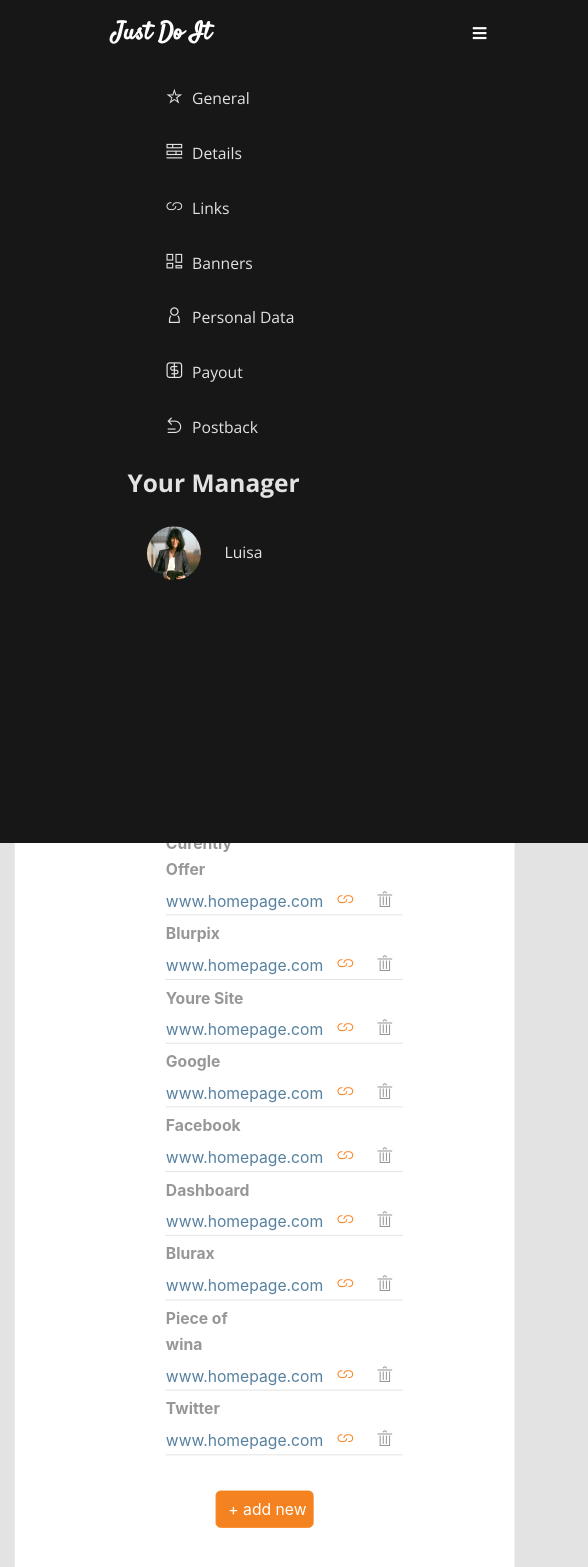
Repository: OllaWilk/wwwJustDoIt
Page: index.html
These files come from the project's save history. The page is drawn as it stood at one moment and after the next save; the edit follows.
The browser window is 600 px wide. The pictures show the whole page, at 98% of full size.
After loading, the first visible `#hamburger` was clicked once.
Some web libraries are served in a nearby version. The style sheet was rebuilt from its Sass, Less or Tailwind sources for each picture, by a compiler version that may differ from the author's.

Above is the page before, as saved 2019-12-25 18:59:09.

### index.html
<!DOCTYPE html>
<html lang=”en”>
    <head>
        <meta charset=”utf-8”>
        <meta name="viewport" content="width=device-width, initial-scale=1.0">
        <meta http-equiv="X-UA-Compatible" content="ie=edge">
        <meta name="description" content="Projekt indywidualny z kursu Kodilla">
        <meta name="keywords" content="kodilla, indiwidual, project">
        <title>Just Do It - soloProject</title>
            <link href="https://use.fontawesome.com/releases/v5.7.2/css/all.css" rel="stylesheet">
            <link href="https://fonts.googleapis.com/css?family=Open+Sans:400,400i,700|Satisfy&display=swap&subset=latin-ext" rel="stylesheet">
            <link rel="stylesheet" href="https://stackpath.bootstrapcdn.com/bootstrap/4.1.3/css/bootstrap.min.css" integrity="sha384-MCw98/SFnGE8fJT3GXwEOngsV7Zt27NXFoaoApmYm81iuXoPkFOJwJ8ERdknLPMO" crossorigin="anonymous">
            <link rel="stylesheet" href="css/style.css">
            <link rel="stylesheet" href="vendor/css/Glyphter.css">
        </head>

    <body>
        <nav class = "navigation">
            <div class = "navigationWraper">
                <div class  ="navigationTop">
                    <h1 class = "logo">Just Do It</h1>
                    <i id="hamburger" class="fas fa-bars"></i>
                </div>
                <div = class="navigationWraperMobile">
                    <ul>
                        <li><i id="start" class="icon-general"></i><a class="menuButon" href="index.html">General</a></li>
                        <li><i id="details" class="icon-details"></i><a class="menuButon" href="index.html">Details </a></li>
                        <li><i id="links" class="icon-links"></i><a class="menuButon" href="index.html">Links</a></li>
                        <li><i id="banners" class="icon-banners"></i><a class="menuButon" href="index.html">Banners</a></li>
                        <li><i id="personal data" class="icon-personaldata"></i><a class="menuButon" href="index.html">Personal Data</a></li>
                        <li><i id="payout" class="icon-payout"></i><a class="menuButon" href="index.html">Payout</a></li>
                        <li><i id="postback" class="icon-postback"></i><a class="menuButon" href="index.html">Postback</a></li>
                    </ul>
                    <div class = "menagoImg">
                        <h2>Your Manager</h2>
                        <a class="menuButon" href = "index.html">
                            <img src="images/business-woman-746766_1920.jpg">
                        </img>Luisa</a>
                    </div>
                </div>
            </div>
        </nav>

        <div class= "topMenu">
            <div class = "topMenuWrapper">
                <div class= "iconsTopMenu">
                    <i id="wallet" class="icon-wallet"></i>
                    <h3>$ 1,5000</h3>
                    <i id="arrowDown" class="icon-arrow-down-small"></i>
                </div>
                <div class= "iconsTopMenu">
                    <i id="notification" class="icon-notification"></i>
                </div>
                <div class= "iconsTopMenu">
                    <i id="profile" class="icon-profile"></i>
                    <p>Jan Kowalski</p>
                </div>
                <div class= "iconsTopMenu">
                    <i id="start" class="icon-quit"></i>
                </div>
            </div>
        </div>

        <section class = "container">
            <div class = "section  mainPage">
                <h2  class="title">General Statistics</h2>
                <div class="dates">
                    <div class="datesConteiner">
                        <div class="dateStart">12.11.2019</div>
                        <div class="dateEnd">15.11.2019 </div>
                        <i id="calendar" class="icon-calendar"></i>
                    </div>
                    <a href="index.html" id="refresh" class="btnRefrsh btn icon-refresh"></a>
                </div>
                <div class="statistic">
                    <div class="legendWrap">
                        <table>
                            <tr>
                              <td class="visitSignups">
                                <h3>Visit signups</h3>
                                <p>124</p>
                              </td>
                              <td class="netDeposit">
                                <h3>Net deposit</h3>
                                <p>564</p>
                              </td>
                            </tr>
                            <tr>
                              <td class="FTD">
                                <h3>FTD</h3>
                                <p>445</p>
                              </td>
                              <td class="turnOver">
                                <h3>Turn over</h3>
                                <p>435</p>
                              </td>
                            </tr>
                        </table>
                    </div>
                    <canvas id="myChart"></canvas>
                </div>
            </div>

            <div class = "section links">
                <h2  class="title">Links</h2>
                <div class="btnWraper">
                    <a href="index.html" id="refresh" class="btn btnAddNew">+ add new</a>
                </div>
                <div class = "linkWraper">
                    <ul>
                        <li>
                            <p>Home Page</p>
                            <a href="index.html">www.homepage.com</a>
                            <i id="start" class="colorLinks icon-links"></i>
                            <i id="start" class="icon-trash"></i>
                        </li>
                        <li>
                            <p>Curently Offer</p>
                            <a href="index.html">www.homepage.com</a>
                            <i id="start" class="colorLinks icon-links"></i>
                            <i id="start" class="icon-trash"></i>
                        </li>
                        <li>
                            <p>Blurpix</p>
                            <a href="index.html">www.homepage.com</a>
                            <i id="start" class="colorLinks icon-links"></i>
                            <i id="start" class="icon-trash"></i>
                        </li>
                        <li>
                            <p>Youre Site</p>
                            <a href="index.html">www.homepage.com</a>
                            <i id="start" class="colorLinks icon-links"></i>
                            <i id="start" class="icon-trash"></i>
                        </li>
                        <li>
                            <p>Google</p>
                            <a href="index.html">www.homepage.com</a>
                            <i id="start" class="colorLinks icon-links"></i>
                            <i id="start" class="icon-trash"></i>
                        </li>
                        <li>
                            <p>Facebook</p>
                            <a href="index.html">www.homepage.com</a>
                            <i id="start" class="colorLinks icon-links"></i>
                            <i id="start" class="icon-trash"></i>
                        </li>
                        <li>
                            <p>Dashboard</p>
                            <a href="index.html">www.homepage.com</a>
                            <i id="start" class="colorLinks icon-links"></i>
                            <i id="start" class="icon-trash"></i>
                        </li>
                        <li>
                            <p>Blurax</p>
                            <a href="index.html">www.homepage.com</a>
                            <i id="start" class="colorLinks icon-links"></i>
                            <i id="start" class="icon-trash"></i>
                        </li>
                        <li>
                            <p>Piece of wina</p>
                            <a href="index.html">www.homepage.com</a>
                            <i id="start" class="colorLinks icon-links"></i>
                            <i id="start" class="icon-trash"></i>
                        </li>
                        <li>
                            <p>Twitter</p>
                            <a href="index.html">www.homepage.com</a>
                            <i id="start" class="colorLinks icon-links"></i>
                            <i id="start" class="icon-trash"></i>
                        </li>
                    </ul>

                </div>
                <div class="btnWraper">
                    <a href="index.html" id="refresh" class="btn btnAddNew">+ add new</a>
                </div>
            </div>
        </section>

        <script src="https://cdnjs.cloudflare.com/ajax/libs/Chart.js/2.4.0/Chart.min.js"></script>
        <script src="js/script.js"></script>
    </body>
</html>

### js/script.js
const hamburgerMenuLeft = document.getElementById('hamburger');
const mobileMenu = document.querySelector('.navigationWraperMobile');

hamburger.addEventListener('click', function(){
    mobileMenu.classList.toggle('active');
});

var ctx = document.getElementById('myChart').getContext('2d');

var chart = new Chart(ctx, {
    // 1
    type: 'bar',
    data: {
        // 2
        labels: ["01", "02", "03", "04", "05", "06", "07", "08", "09", "10"],
        // 3
        datasets: [{
            // 4
            label: "Signups",
            // 5
            backgroundColor: '#8DBEC8',
            borderColor: '#8DBEC8',
            // 6
            data: [ 52, 51, 41, 94, 26, 6, 72, 9, 21, 88 ],
        },
        {
            label: "FTD",
            backgroundColor: '#F29E4E',
            borderColor: '#F29E4E',
            data: [ 6, 72, 1, 0, 47, 11, 50, 44, 63, 76 ],
        },
        {
            label: "Earned",
            backgroundColor: '#71B374',
            borderColor: '#71B374',
            data: [ 59, 49, 68, 90, 67, 41, 13, 38, 48, 48 ],
            // 7
            hidden: true,
        }]
    },
});

### sass/style.scss
/*importy styli*/
@import "variables";
@import "mixins";

@import "normalize";
@import "layout";

@import "sections/leftNavigtation";
@import "sections/topUserMenu";

@import "pages/mainPage";
@import "pages/links";
@import "components/mediaQuery";

### sass/_variables.scss
/*stałe graficzne*/
/*colors*/
$color-dark: #171717;
$color-light: #ffffff;
$color-buttonGreyDark: #979797;
$color-buttonGreyLight: #bbbbbb;
$color-buttonDisable: #e4e4e4;
$color-background: #E3E3E3;
$color-buttonOrangeDark: #F58220;
$color-buttonOrangeLight: #FFA200;
$color-onlineButton: #04AE00;
$color-notificationClicked: #74B67A;
$color-notificationUnclicked: #96CC9B;
$color-buttonNegativeClicked: #DE5252;
$color-buttonNegativeUnclicked: #EC7171;
$color-links: #56819F;
$color-strongRed: #FF0000;

/*font sizes*/

$paragraph-font-size: 16px;

/*fonts*/
$logo: 'Satisfy', cursive;
$brand-font: "Open Sans", Helvetica, Arial;
$default-font: 'Roboto', sans-serif;

### sass/_mixins.scss
/*buttons*/
.btn {
  display: inline-block;
  border-radius: 5px;
  font-size: 16px;
  text-align: center;
  text-decoration: none;
  cursor: pointer;
  border: 1px solid $color-buttonOrangeDark;
  background-color: $color-buttonOrangeDark;
  color: $color-light;
  width: 100px;
  &:hover {
    background-color: $color-light;
    color: $color-buttonGreyDark;
    border: 1px solid $color-buttonGreyDark;
  }
}


.btnRefrsh {
  width: 40px;
  height: 40px;
  margin: 20px;
}

@mixin flex-center {
  display: flex;
  justify-content: center;
}

/*links*/

### sass/_layout.scss
/*Global*/
html {
    box-sizing: border-box;
}

*, *::before, *::after {
    box-sizing: inherit;
}

body {
    margin: 0;
    background-color: $color-background;
    font-size: 16px;
    line-height: 1.7;
    display: flex;
}

.container {
    width: calc(100% - 240px); //NIE DZIAŁA DLACZEGO?
    top: 70px;
    left: 240px;
    position: absolute;
    z-index: -1;
}

.section {
    background-color: $color-light;
    //width: 141%; //tu musi być 141% bo szerokość kontenera nie mogę zmienić
}

### sass/sections/_leftNavigtation.scss
.navigation {
    width: 240px;
    height: 100vh;
    position: fixed;
    background-color: $color-dark;
    color: $color-light;
    padding: 10px;

}

.navigationWraper {
    font-family: $brand-font;
    ul {
        font-size: 16px;
        list-style-type: none;
        color: $color-background;
        li {
            margin: 20px 0px;
            padding:10px;
            &:hover {
                border-left: 4px solid $color-buttonOrangeDark;
            }
        }
    }
}

.navigationTop {
    display: flex;
    align-items: baseline;
    i {
        opacity: 0;
        cursor: none;
    }
}

.logo {
    font-family: $logo;
    font-size: 25px;
    font-weight: 600;
    margin: 10px auto;
}

.menuButon {
    color: $color-background;
    font-family: $brand-font;
    font-size: 16px;
    margin: 0 10px;
    text-decoration: none;
    &:hover {
        color: $color-background;
        text-decoration: none;
    }
}

.menagoImg {
    h2 {
        font-size: 25px;
        font-weight: 600;
        color: $color-background;
        margin: 25px 0 10px 10px;
    }
    a {
        img {
            border-radius: 50%;
            height: 55px;
            width: 55px;
            margin: 20px;
        }

    }
}

### sass/sections/_topUserMenu.scss
.topMenu {
    background-color: $color-light;
    width: calc(100% - 240px);
    height: 50px;
    margin-left: 240px;
    position: fixed;
}

.topMenuWrapper {
    display: flex;
    float: right;
    width: auto;
    margin: 5px 10px;
}

.iconsTopMenu {
    display: flex;
    align-items: baseline;
    border-left: 2px solid $color-background;
    padding: 10px 20px 0 20px;
    i {
        display:inline-block;
    }
    h3 {
        font-size: 20px;
        margin: 0 10px;
        font-weight: bold;
        font-family: $default-font;
    }
    p{
        font-size: 16px;
        margin: 0 10px;
        font-family: $default-font;
    }
}

/*UWAGI
inny krótszy zapisz gdzie p z 52 linijki html jest zamienione na h3: nie działa :first-child a działa :last-child

.iconsTopMenu {
    display: flex;
    align-items: baseline;
    border-left: 2px solid $color-background;
    padding: 10px 20px 0 20px;
    i {
        display:inline-block;
    }
    h3 {
        font-size: 16px;
        margin: 0 10px;
        font-weight: bold;
        :first-child{
            font-weight: bold;
        }
    }
}

*/

### sass/pages/_mainPage.scss
.title {
    color: $color-buttonGreyDark;
    font-weight: 550;
    font-size: 25px;
    border-bottom: 2px solid $color-background;
    padding: 12px;
    margin: 0 20px;
}

//Daty

.dates {
    display: flex;
    justify-content: center;
    padding: 20px 30px;
    align-items: baseline;
    border-bottom: 1px solid $color-background;
}

.datesConteiner {
    padding: 5px 10px;
    border: 1px solid $color-background;
    border-radius: 2px;
    display: flex;
    align-items: baseline;
    div {
        border-right: 1px solid $color-background;
        padding-left: 20px;
        padding-right: 40px;
        font-size: 16px;
    }
    i {
        color: $color-background;
        padding-left: 5px;
    }
}

.legendWrap {
    table {
      margin: 20px auto;
      width: 70%;
      border-spacing: 25px; //dlaczego nie działasz?
      tr {
        td {
          position: relative;
          padding: 0;
          border-bottom: 3px solid $color-background;
          width: auto;
          h3, p {
            display: inline;
            font-family: $brand-font;
            font-size: 16px;
            font-weight: bold;
            color: $color-buttonGreyDark;
            padding-right:  30px;
          }
          p {
            position: absolute;
            right: 0;
            margin: 0;
            font-weight: 500;
          }
        }
      }
    }
  }

### sass/pages/_links.scss

//Linki
.links {
    margin-top: 20px;
    padding-bottom: 20px;
}

.btnWraper {
    display: flex;
    justify-content: center;
}

.btnAddNew {
    margin: 20px;

}

.linkWraper {
    font-size: 16px;
    color: $color-buttonGreyDark;
    display: flex;
    justify-content: center;
    ul {
        li {
            display: flex;
            align-items: baseline;
            border-bottom: 1px solid $color-background;
            &:hover {
                background-color: $color-background;
            }
            p {
                font-weight: bold;
                margin: 5px 0;
                width: 320px;
            }
        }
    }
    a {
        color: $color-links;
        text-decoration: none;
        width: 320px;
    }
    i {
        margin: 0 10px;
    }
}

.colorLinks {
    color: $color-buttonOrangeDark;
    margin-left: 320px;
}

### sass/components/_mediaQuery.scss
@media (max-width: 750px) {
    /*topUserMenu*/
    .topMenu {
        margin: auto;
        z-index: -1;
    }

    .topMenuWrapper {
        display: none;
    }

    /*leftNavigationMenu*/

    .navigation  {
        width: 100%;
        height: auto;
    }

    .navigationTop {
        justify-content: space-around;
        z-index: 1;
        i {
            opacity: 1;
            font-size: 16px;
            margin-left: 70px;
            cursor: pointer;
            &:hover {
                color: $color-buttonOrangeDark;
            }
        }
    }

    .logo {
        margin: 10px;
    }

    .navigationWraperMobile {
        display: none;
        width: 100%;
    }

    .navigationWraperMobile.active {
        display: block;
        position: fixed;
        right: 0;
        height: 100%;
        background-color: $color-dark;
        z-index: 1;
        line-height: 0;
        padding: 0 120px;
        ul {

            li{

            }
        }
    }

    .container {
        left: 0;
        width: 100%;
        top: 90px;
    }

    .linkWraper {
        width: 100%;
        ul {
            li {
            display: block;
            p {
                width: 100px;
            }
            }
        }
    }
}

Loaded but not shown: vendor/css/Glyphter.css (common file); sass/_normalize.scss (common file)

After the next save:
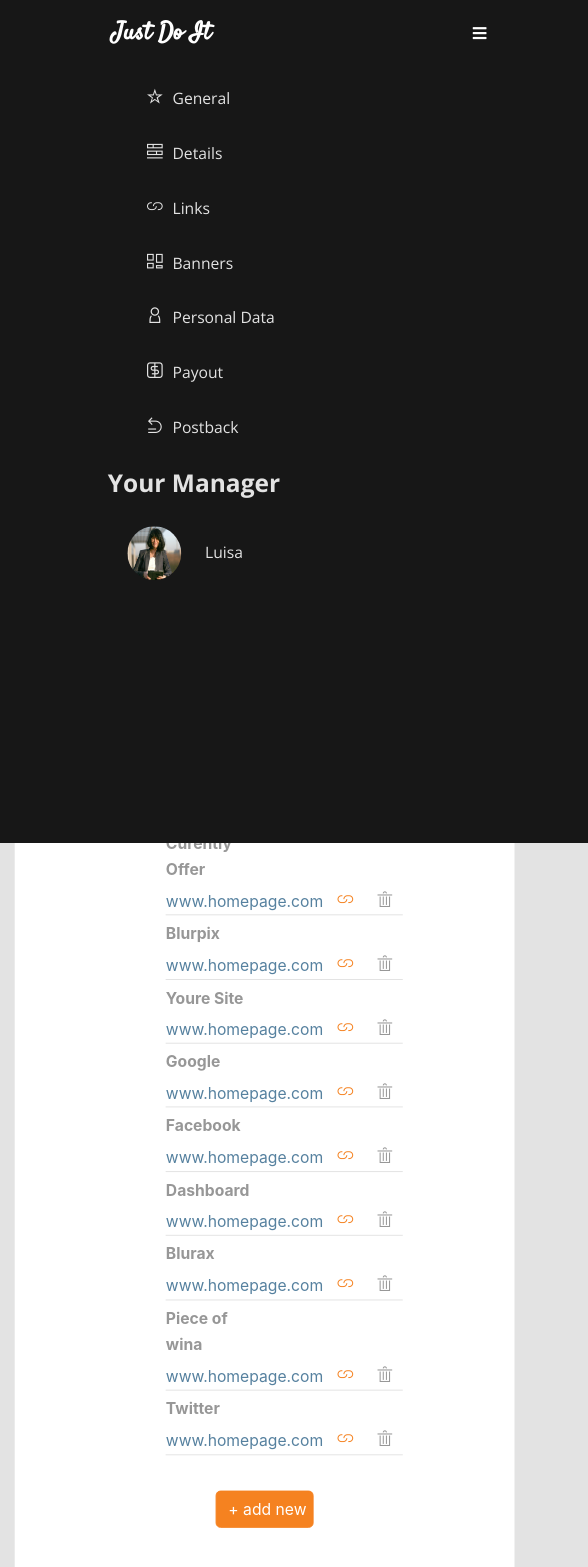
Saved 13 s later.
--- a/sass/components/_mediaQuery.scss
+++ b/sass/components/_mediaQuery.scss
@@ -47,7 +47,7 @@
         background-color: $color-dark;
         z-index: 1;
         line-height: 0;
-        padding: 0 120px;
+        padding: 0 100px;
         ul {
 
             li{
